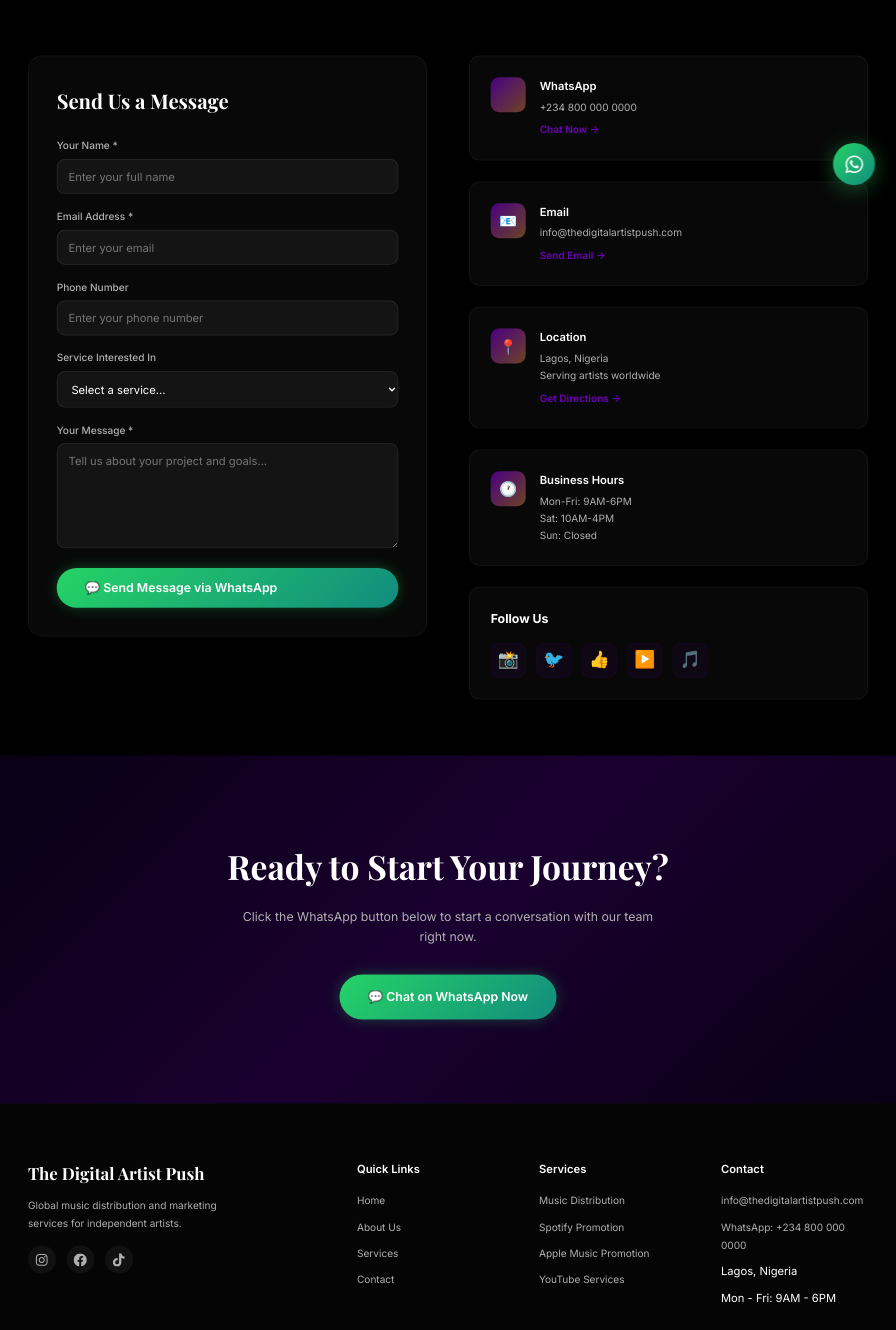
Repository: Ikebobo11/thedigitalartistpush
Page: /contact (app in tdap/)
An editor plug-in stored every save of this project. The page is shown before and after the next save, followed by the edit.
The browser window is 1280 px wide. The pictures show the part of the page from y = 425 to 2325 px (the page is 2437 px tall), at 70% of full size.
The project was rebuilt for these pictures with package versions that can differ from the ones it lists, and the page was loaded fresh each time. Also part of the build but not shown: tdap/vite.config.js, tdap/src/data/servicesData.js, tdap/src/pages/Home.jsx, tdap/src/pages/About.jsx, tdap/src/pages/Services.jsx.

Above is the page before, as saved 2026-06-10 10:33:13.

### tdap/index.html
<!DOCTYPE html>
<html lang="en">
  <head>
    <meta charset="UTF-8" />
    <meta name="viewport" content="width=device-width, initial-scale=1.0" />
    <meta name="description" content="The Digital Artist Push - Global Music Distribution & Marketing For Independent Artists" />
    <meta name="keywords" content="music distribution, music marketing, artist promotion, digital growth" />
    <title>The Digital Artist Push | Music Distribution & Marketing</title>
    <link rel="preconnect" href="https://fonts.googleapis.com">
    <link rel="preconnect" href="https://fonts.gstatic.com" crossorigin>
    <link href="https://fonts.googleapis.com/css2?family=Inter:wght@300;400;500;600;700;800;900&family=Playfair+Display:wght@400;500;600;700&display=swap" rel="stylesheet">
  </head>
  <body>
    <div id="root"></div>
    <script type="module" src="/src/main.jsx"></script>
  </body>
</html>

### tdap/src/main.jsx
import React from 'react'
import ReactDOM from 'react-dom/client'
import { BrowserRouter } from 'react-router-dom'
import App from './App'
import './index.css'

ReactDOM.createRoot(document.getElementById('root')).render(
  <React.StrictMode>
    <BrowserRouter>
      <App />
    </BrowserRouter>
  </React.StrictMode>,
)

### tdap/src/App.jsx
import React, { useEffect } from 'react'
import { Routes, Route, useLocation } from 'react-router-dom'
import { AnimatePresence } from 'framer-motion'
import Navbar from './components/Navbar'
import Footer from './components/Footer'
import WhatsAppFloat from './components/WhatsAppFloat'
import Home from './pages/Home'
import About from './pages/About'
import Services from './pages/Services'
import Contact from './pages/Contact'

function ScrollToTop() {
  const { pathname } = useLocation()
  useEffect(() => {
    window.scrollTo(0, 0)
  }, [pathname])
  return null
}

function App() {
  const location = useLocation()

  return (
    <>
      <ScrollToTop />
      <Navbar />
      <AnimatePresence mode="wait">
        <Routes location={location} key={location.pathname}>
          <Route path="/" element={<Home />} />
          <Route path="/about" element={<About />} />
          <Route path="/services" element={<Services />} />
          <Route path="/contact" element={<Contact />} />
        </Routes>
      </AnimatePresence>
      <Footer />
      <WhatsAppFloat />
    </>
  )
}

export default App

### tdap/src/components/Navbar.jsx
import React, { useState, useEffect } from 'react';
import { Link, useLocation } from 'react-router-dom';
import { FaWhatsapp } from "react-icons/fa6";

function Navbar() {
  const [scrolled, setScrolled] = useState(false)
  const [menuOpen, setMenuOpen] = useState(false)
  const location = useLocation()

  useEffect(() => {
    const handleScroll = () => setScrolled(window.scrollY > 50)
    window.addEventListener('scroll', handleScroll)
    return () => window.removeEventListener('scroll', handleScroll)
  }, [])

  useEffect(() => { setMenuOpen(false) }, [location])

  return (
    <nav className={`navbar ${scrolled ? 'scrolled' : ''}`}>
      <div className="navbar-container">
        <Link to="/" className="navbar-logo">
          <div className="navbar-logo-icon">🎵</div>
          <span>The Digital Artist Push</span>
        </Link>
        <div className={`hamburger ${menuOpen ? 'active' : ''}`} onClick={() => setMenuOpen(!menuOpen)}>
          <span></span><span></span><span></span>
        </div>
        <div className={`navbar-links ${menuOpen ? 'open' : ''}`}>
          <Link to="/">Home</Link>
          <Link to="/about">About</Link>
          <Link to="/services">Services</Link>
          <Link to="/contact">Contact</Link>
          <a href="https://wa.me/2348000000000" target="_blank" rel="noopener noreferrer" className="navbar-whatsapp"><FaWhatsapp /> WhatsApp</a>
        </div>
      </div>
    </nav>
  )
}
export default Navbar

### tdap/src/components/Footer.jsx
import React from 'react'
import { Link } from 'react-router-dom';
import { FaFacebook } from "react-icons/fa";
import { FaInstagram } from "react-icons/fa";
import { FaTiktok } from "react-icons/fa";

function Footer() {
  return (
    <footer className="footer">
      <div className="footer-grid">
        <div className="footer-brand">
          <h3>The Digital Artist Push</h3>
          <p>Global music distribution and marketing services for independent artists.</p>
          <div className="footer-social">
            <a href="#" aria-label="Instagram"><FaInstagram /></a>
            {/* <a href="#" aria-label="Twitter">🐦</a> */}
            <a href="#" aria-label="Facebook"><FaFacebook /></a>
            {/* <a href="#" aria-label="YouTube">▶️</a> */}
            <a href="#" aria-label="TikTok"><FaTiktok /></a>
          </div>
        </div>
        <div>
          <h4>Quick Links</h4>
          <ul className="footer-links">
            <li><Link to="/">Home</Link></li>
            <li><Link to="/about">About Us</Link></li>
            <li><Link to="/services">Services</Link></li>
            <li><Link to="/contact">Contact</Link></li>
          </ul>
        </div>
        <div>
          <h4>Services</h4>
          <ul className="footer-links">
            <li><Link to="/services">Music Distribution</Link></li>
            <li><Link to="/services">Spotify Promotion</Link></li>
            <li><Link to="/services">Apple Music Promotion</Link></li>
            <li><Link to="/services">YouTube Services</Link></li>
          </ul>
        </div>
        <div>
          <h4>Contact</h4>
          <ul className="footer-links">
            <li><a href="mailto:info@thedigitalartistpush.com">info@thedigitalartistpush.com</a></li>
            <li><a href="https://wa.me/2348000000000">WhatsApp: +234 800 000 0000</a></li>
            <li>Lagos, Nigeria</li>
            <li>Mon - Fri: 9AM - 6PM</li>
          </ul>
        </div>
      </div>
      <div className="footer-bottom">
        <p>&copy; {new Date().getFullYear()} The Digital Artist Push. All rights reserved.</p>
        <div className="footer-bottom-links">
          <a href="#">Privacy Policy</a>
          <a href="#">Terms & Conditions</a>
        </div>
      </div>
    </footer>
  )
}
export default Footer

### tdap/src/components/WhatsAppFloat.jsx
import React from 'react';
import { FaWhatsapp } from "react-icons/fa6";

function WhatsAppFloat() {
  return (
    <a href="https://wa.me/2348000000000?text=Hello%20The%20Digital%20Artist%20Push!%20I%20want%20to%20grow%20my%20music%20career." target="_blank" rel="noopener noreferrer" className="floating-whatsapp" aria-label="Chat on WhatsApp"><FaWhatsapp /></a>
  )
}
export default WhatsAppFloat

### tdap/src/pages/Contact.jsx
import React, { useState } from 'react';
import { motion } from 'framer-motion';
import { FaWhatsapp } from "react-icons/fa6";

function AnimatedSection({ children, className }) {
  return <motion.div initial={{ opacity:0, y:60 }} whileInView={{ opacity:1, y:0 }} viewport={{ once:true, margin:"-100px" }} transition={{ duration:0.6 }} className={className}>{children}</motion.div>
}

function Contact() {
  const [form, setForm] = useState({ name:'', email:'', phone:'', service:'', message:'' })
  const handleChange = e => setForm({ ...form, [e.target.name]: e.target.value })
  const handleSubmit = e => {
    e.preventDefault()
    window.open(`https://wa.me/2348000000000?text=${encodeURIComponent(`Hello The Digital Artist Push! My name is ${form.name}. I'm interested in ${form.service||'your services'}. Message: ${form.message}`)}`, '_blank')
  }

  const contactInfo = [
    { icon:'', title:'WhatsApp', details:'+234 800 000 0000', action:'https://wa.me/2348000000000', actionText:'Chat Now' },
    { icon:'📧', title:'Email', details:'info@thedigitalartistpush.com', action:'mailto:info@thedigitalartistpush.com', actionText:'Send Email' },
    { icon:'📍', title:'Location', details:'Lagos, Nigeria\nServing artists worldwide', action:'#', actionText:'Get Directions' },
    { icon:'🕐', title:'Business Hours', details:'Mon-Fri: 9AM-6PM\nSat: 10AM-4PM\nSun: Closed', action:'#', actionText:null },
  ]
  const socialLinks = [
    { icon:'📸', name:'Instagram', url:'#' }, { icon:'🐦', name:'X (Twitter)', url:'#' },
    { icon:'👍', name:'Facebook', url:'#' }, { icon:'▶️', name:'YouTube', url:'#' },
    { icon:'🎵', name:'TikTok', url:'#' },
  ]

  return (
    <main>
      <section className="contact-hero">
        <img src="https://images.unsplash.com/photo-1423666639041-f56000c27a9a?w=1800&q=80" alt="" className="hero-bg" loading="eager" />
        <div className="hero-overlay"></div>
        <motion.div initial={{ opacity:0, y:40 }} animate={{ opacity:1, y:0 }} transition={{ duration:0.8 }} className="hero-content">
          <p className="section-label">Contact Us</p>
          <h1 className="hero-title">Get In Touch</h1>
          <p className="hero-subtitle">Ready to take your music career to the next level? Reach out to us and let's make it happen.</p>
        </motion.div>
      </section>

      <section className="contact-section">
        <div className="contact-grid">
          <AnimatedSection><div className="contact-form">
            <h3>Send Us a Message</h3>
            <form onSubmit={handleSubmit}>
              <div className="form-group"><label>Your Name *</label><input type="text" name="name" value={form.name} onChange={handleChange} required placeholder="Enter your full name" /></div>
              <div className="form-group"><label>Email Address *</label><input type="email" name="email" value={form.email} onChange={handleChange} required placeholder="Enter your email" /></div>
              <div className="form-group"><label>Phone Number</label><input type="tel" name="phone" value={form.phone} onChange={handleChange} placeholder="Enter your phone number" /></div>
              <div className="form-group"><label>Service Interested In</label>
                <select name="service" value={form.service} onChange={handleChange}>
                  <option value="">Select a service...</option>
                  <option value="Music Distribution">Music Distribution</option>
                  <option value="Spotify Promotion">Spotify Promotion</option>
                  <option value="Apple Music Promotion">Apple Music Promotion</option>
                  <option value="Audiomack Promotion">Audiomack Promotion</option>
                  <option value="Boomplay Promotion">Boomplay Promotion</option>
                  <option value="YouTube Services">YouTube Services</option>
                  <option value="TikTok Promotion">TikTok Promotion</option>
                  <option value="Instagram Promotion">Instagram Promotion</option>
                  <option value="Media PR">Media PR & Publicity</option>
                  <option value="Blog Promotion">Blog Promotion</option>
                  <option value="Google Services">Google Services</option>
                  <option value="Creative Design">Creative Design</option>
                  <option value="Other">Other</option>
                </select>
              </div>
              <div className="form-group"><label>Your Message *</label><textarea name="message" value={form.message} onChange={handleChange} required placeholder="Tell us about your project and goals..."></textarea></div>
              <button type="submit" className="btn btn-whatsapp btn-large" style={{ width:'100%' }}>💬 Send Message via WhatsApp</button>
            </form>
          </div></AnimatedSection>

          <div style={{ display:'flex', flexDirection:'column', gap:'30px' }}>
            {contactInfo.map((info,i) => (
              <AnimatedSection key={i}><div className="contact-info-card">
                <div className="contact-info-icon">{info.icon}</div>
                <div>
                  <h4>{info.title}</h4>
                  <p style={{ whiteSpace:'pre-line' }}>{info.details}</p>
                  {info.actionText && <a href={info.action} target="_blank" rel="noopener noreferrer" style={{ color:'var(--primary-accent-light)', fontWeight:600, fontSize:'0.9rem', display:'inline-block', marginTop:'8px' }}>{info.actionText} →</a>}
                </div>
              </div></AnimatedSection>
            ))}
            <AnimatedSection><div style={{ background:'rgba(255,255,255,0.03)', border:'1px solid rgba(255,255,255,0.06)', borderRadius:'16px', padding:'30px' }}>
              <h4 style={{ marginBottom:'20px', fontSize:'1.1rem' }}>Follow Us</h4>
              <div style={{ display:'flex', gap:'15px', flexWrap:'wrap' }}>
                {socialLinks.map((s,i) => (
                  <a key={i} href={s.url} target="_blank" rel="noopener noreferrer" style={{ width:'50px', height:'50px', background:'rgba(75,0,130,0.1)', borderRadius:'12px', display:'flex', alignItems:'center', justifyContent:'center', fontSize:'1.5rem', transition:'all 0.3s ease', border:'1px solid rgba(75,0,130,0.2)' }}
                    onMouseEnter={e => { e.target.style.background='var(--primary-accent)'; e.target.style.transform='translateY(-3px)' }}
                    onMouseLeave={e => { e.target.style.background='rgba(75,0,130,0.1)'; e.target.style.transform='translateY(0)' }}
                    title={s.name}>{s.icon}</a>
                ))}
              </div>
            </div></AnimatedSection>
          </div>
        </div>
      </section>

      <section className="cta-section">
        <motion.div initial={{ opacity:0, y:40 }} whileInView={{ opacity:1, y:0 }} viewport={{ once:true }}>
          <h2 className="cta-title">Ready to Start Your Journey?</h2>
          <p className="cta-subtitle">Click the WhatsApp button below to start a conversation with our team right now.</p>
          <a href="https://wa.me/2348000000000?text=I'm%20ready%20to%20start%20my%20music%20career%20journey." target="_blank" rel="noopener noreferrer" className="btn btn-whatsapp btn-large">💬 Chat on WhatsApp Now</a>
        </motion.div>
      </section>
    </main>
  )
}
export default Contact

Loaded but not shown: tdap/src/index.css (260 lines, source omitted)

After the next save:
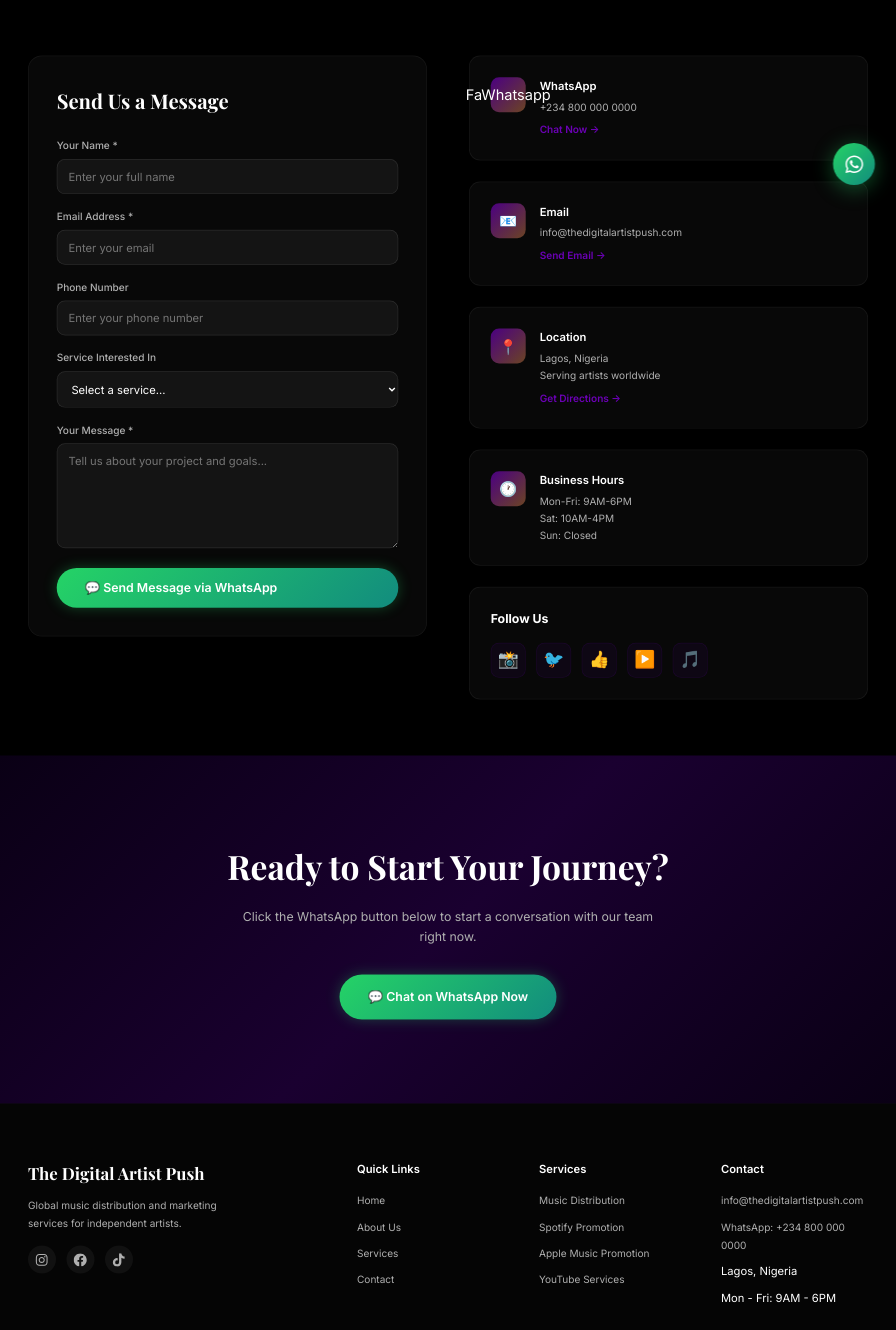
Saved 4 s later.
--- a/tdap/src/pages/Contact.jsx
+++ b/tdap/src/pages/Contact.jsx
@@ -15,7 +15,7 @@
   }
 
   const contactInfo = [
-    { icon:'', title:'WhatsApp', details:'+234 800 000 0000', action:'https://wa.me/2348000000000', actionText:'Chat Now' },
+    { icon:'FaWhatsapp', title:'WhatsApp', details:'+234 800 000 0000', action:'https://wa.me/2348000000000', actionText:'Chat Now' },
     { icon:'📧', title:'Email', details:'info@thedigitalartistpush.com', action:'mailto:info@thedigitalartistpush.com', actionText:'Send Email' },
     { icon:'📍', title:'Location', details:'Lagos, Nigeria\nServing artists worldwide', action:'#', actionText:'Get Directions' },
     { icon:'🕐', title:'Business Hours', details:'Mon-Fri: 9AM-6PM\nSat: 10AM-4PM\nSun: Closed', action:'#', actionText:null },

After the 2 saves that followed:
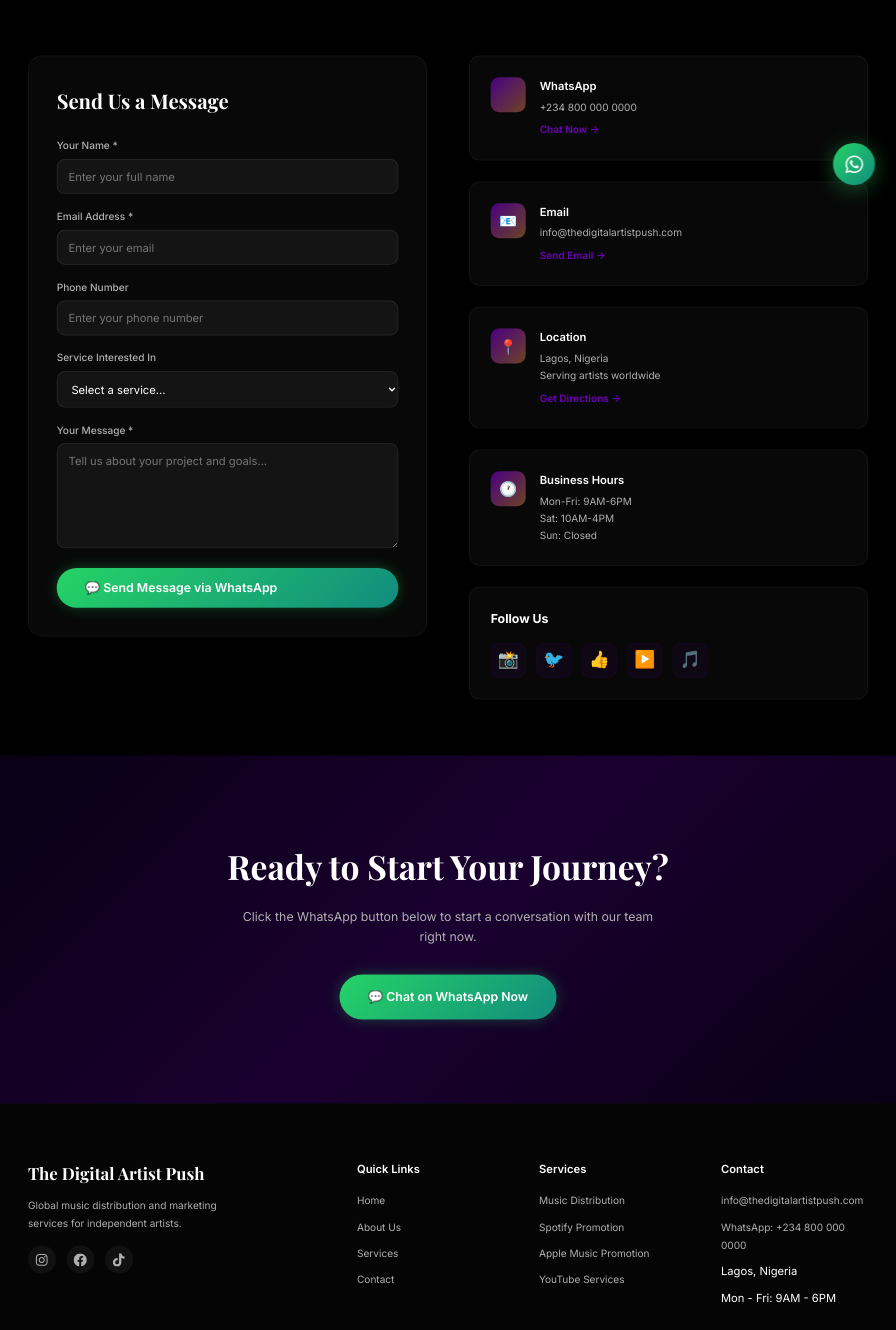
The 2 saves are shown as one change because they came seconds apart.
The last was saved 7 s later.
--- a/tdap/src/pages/Contact.jsx
+++ b/tdap/src/pages/Contact.jsx
@@ -15,7 +15,7 @@
   }
 
   const contactInfo = [
-    { icon:'FaWhatsapp', title:'WhatsApp', details:'+234 800 000 0000', action:'https://wa.me/2348000000000', actionText:'Chat Now' },
+    { icon: FaWhatsapp , title:'WhatsApp', details:'+234 800 000 0000', action:'https://wa.me/2348000000000', actionText:'Chat Now' },
     { icon:'📧', title:'Email', details:'info@thedigitalartistpush.com', action:'mailto:info@thedigitalartistpush.com', actionText:'Send Email' },
     { icon:'📍', title:'Location', details:'Lagos, Nigeria\nServing artists worldwide', action:'#', actionText:'Get Directions' },
     { icon:'🕐', title:'Business Hours', details:'Mon-Fri: 9AM-6PM\nSat: 10AM-4PM\nSun: Closed', action:'#', actionText:null },
